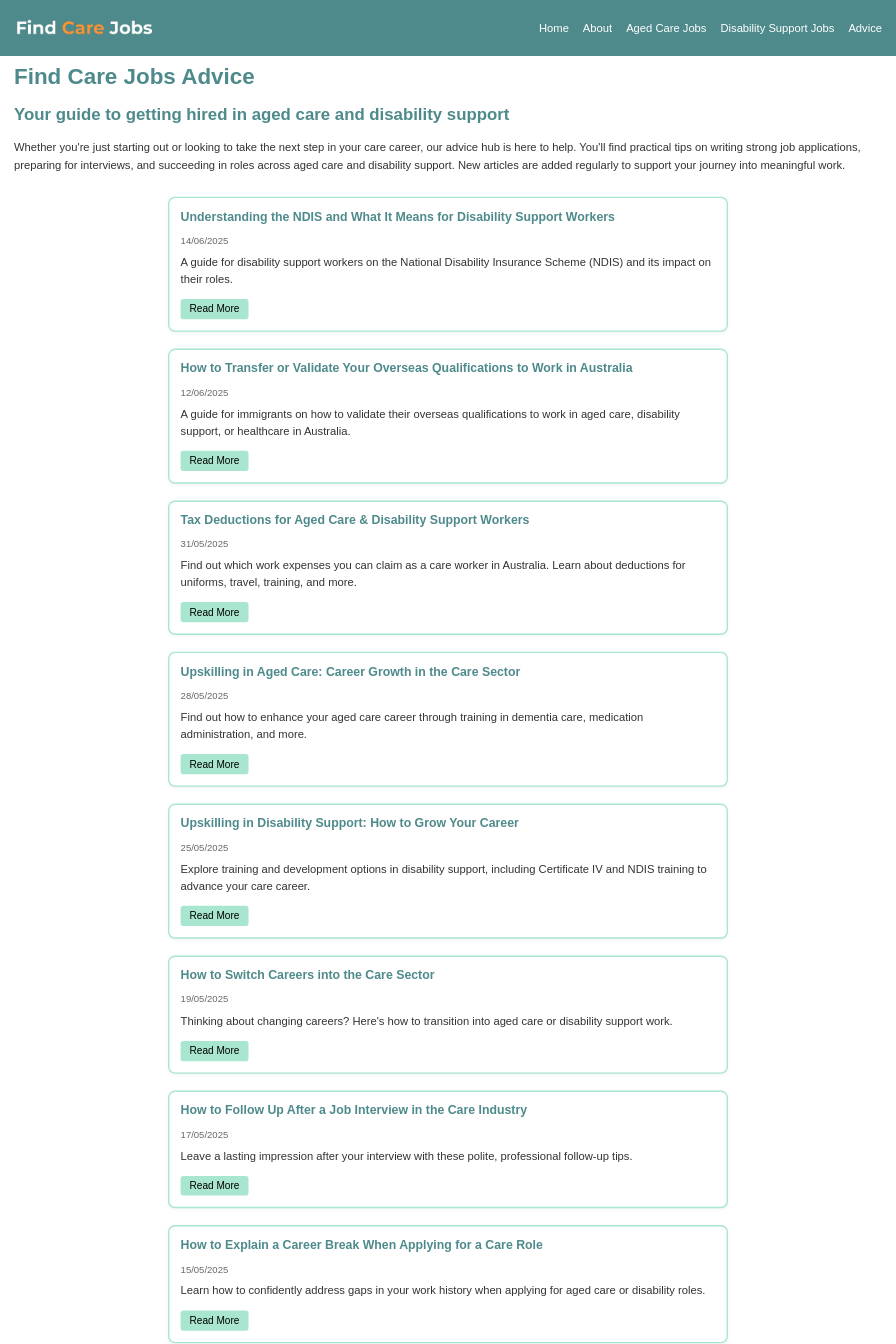
Repository: RichardCareJobs/find-care-jobs
Page: advice.html
An editor plug-in stored every save of this project. The page is shown before and after the next save, followed by the edit.
The browser window is 1280 px wide. The pictures show the part of the page from y = 0 to 1920 px (the page is 3404 px tall before and 3455 px after), at 70% of full size.

Above is the page before, as saved 2025-06-14 17:47:53.

### advice.html
<!DOCTYPE html>
<html lang="en">
<head>
    <!-- Google Tag Manager -->
<script>(function(w,d,s,l,i){w[l]=w[l]||[];w[l].push({'gtm.start':
    new Date().getTime(),event:'gtm.js'});var f=d.getElementsByTagName(s)[0],
    j=d.createElement(s),dl=l!='dataLayer'?'&l='+l:'';j.async=true;j.src=
    'https://www.googletagmanager.com/gtm.js?id='+i+dl;f.parentNode.insertBefore(j,f);
    })(window,document,'script','dataLayer','GTM-5VNSJFMC');</script>
    <!-- End Google Tag Manager -->

  <meta charset="UTF-8">
   <meta name="viewport" content="width=device-width, initial-scale=1.0" />
  <title>Find Care Jobs Advice</title>
   <link rel="stylesheet" href="styles.css" />
</head>
<body>
    <!-- Google Tag Manager (noscript) -->
<noscript><iframe src="https://www.googletagmanager.com/ns.html?id=GTM-5VNSJFMC"
    height="0" width="0" style="display:none;visibility:hidden"></iframe></noscript>
    <!-- End Google Tag Manager (noscript) -->
 <header>
      <div id="global-header"></div>
      </header>

  <main class="content">
    <div class="intro-container">
    <h1>Find Care Jobs Advice</h1>
<h2>Your guide to getting hired in aged care and disability support</h2>
<p>
  Whether you're just starting out or looking to take the next step in your care career, our advice hub is here to help.
  You'll find practical tips on writing strong job applications, preparing for interviews, and succeeding in roles across aged care and disability support.
  New articles are added regularly to support your journey into meaningful work.
</p>
</div>

    <div class="advice-wrapper">
    <div id="advice-container" class="advice-listing"></div>
  </div>
  </main>

  <div id="global-footer"></div>

  <script src="js/advice.js"></script>

<script>
  // Load global header and footer
  fetch('header.html')
    .then(res => res.text())
    .then(data => document.getElementById('global-header').innerHTML = data);

  fetch('footer.html')
    .then(res => res.text())
    .then(data => document.getElementById('global-footer').innerHTML = data);
</script>


</body>
</html>

### styles.css
body {
    background-color: #ffffff; /* Warm Sand background for the whole page */
    font-family: Arial, sans-serif; /* Set a clean font */
    margin: 0;
    padding: 20px; /* Optional: adds padding to the content */
    color: #333; /* Dark text color for good contrast */
}



.hero-overlay h1,
.hero-overlay h2,
.hero-overlay h3,
.hero-overlay p,
.hero-overlay a {
  color: #fff;
}

/* ——— Header override to match Home page ——— */
header.header-container {
    position: fixed;
    top: 0; left: 0; width: 100vw;
    height: 80px;                 /* ↑ bigger bar like Home */
    padding: 10px 40px;           /* ↑ vertical + horizontal spacing */
    background-color: var(--primary-color);
    display: flex;
    align-items: center;
    justify-content: space-between;
    z-index: 1000;
    box-sizing: border-box;
  }

  /* Logo link must be white, not teal */
  .header-container .logo a {
    color: #fff;
    text-decoration: none;
    font-size: 1.2rem;
    font-weight: bold;
  }

  .logo {
  display: flex;
  align-items: center;
}
.logo a {
  display: inline-block;
}


  /* Nav links stay white on teal */
  .header-container .nav-links a {
    color: #fff;
  }

  .header-container .nav-links a:hover {
    color: var(--accent-color);
  }


/* New unified header container */
.header-container {
    display: flex;
    justify-content: space-between; /* Logo on left, nav/hamburger on right */
    align-items: center;
    padding: 0 20px;
    height: 80px; /* Adjust height as needed */
    background-color: #4E8A8B; /* Muted Teal for the header background */
    box-sizing: border-box;
    position: fixed; /* Keep header visible on scroll */
    top: 0;
    left: 0;
    width: 100%;
    z-index: 1000;
  }

  /* Logo styling (placeholder) */
  .logo {
    color: #fff;
    font-size: 1.2rem;
    font-weight: bold;
  }

  /* Desktop navigation links */
  .nav-links {
    display: flex;
    gap: 20px;
  }

  .nav-links a {
    color: #fff;
    text-decoration: none;
    font-size: 16px;
  }

  .nav-links a:hover {
    color: #FF6F61; /* Soft Coral on hover */
  }

  /* Hamburger menu icon – hidden on desktop */
.hamburger-menu {
  display: none;
  color: #fff;
  font-size: 28px;
  cursor: pointer;
  z-index: 10001; /* Ensure it's clickable above menu */
}

/* Mobile navigation menu – hidden by default */
.mobile-nav {
  display: none;
  flex-direction: column;
  background-color: #4E8A8B;
  position: fixed;
  top: 80px; /* Height of fixed header */
  left: 0;
  width: 100%;
  padding: 10px 0;
  box-sizing: border-box;
  z-index: 10000; /* Just below hamburger but above rest of page */
}

/* Show mobile menu when .active is applied */
.mobile-nav.active {
  display: flex !important;
}

/* Style for mobile nav links */
.mobile-nav a {
  color: #fff;
  padding: 12px 20px;
  text-decoration: none;
  border-bottom: 1px solid #fff;
  font-size: 16px;
}

/* Media query: On screens 768px and below */
@media (max-width: 768px) {
  .nav-links {
    display: none;
  }

  .hamburger-menu {
    display: block;
  }
}

.job-cards {
  max-width: 600px;
  width: 100%;
  box-sizing: border-box;
  margin: 0 auto 16px;
}



  /* For tablets and smaller screens */
@media (max-width: 768px) {
    /* Adjust font sizes, layout, etc. for tablet screens */
  }

  /* For mobile devices */
  @media (max-width: 480px) {
    /* Further adjustments for mobile screens */
  }

  @media (max-width: 768px) {
    .hero .search-bar {
      flex-direction: column;
      align-items: center;
      width: 100%;
    gap: 10px;
    }

    .hero .search-bar input[type="text"],
    .hero .search-bar button {
      width: 100%;
      max-width: 220px;
    }

    .hero .search-bar button {
      margin-top: 10px;
    }
  }


  /* Hero Section: set the background image, size, and positioning */
.hero {
    position: relative;
    background-image: url('images/fcj-hero-v1.png'); /* Replace with your image path */
    background-size: cover;
    background-position: center;
    height: 500px; /* Adjust height as needed */
    width: 100vw;  /* Use viewport width */
  margin-left: calc(-50vw + 50%);  /* Shift left to counteract body padding */
  color: #fff; /* This makes all text white */
    display: flex;
    align-items: center;
    justify-content: center;
  }

  /* Overlay for darkening the background and centering text */
  .hero-overlay {
    background: rgba(0, 0, 0, 0.5); /* Semi-transparent overlay for readability */
    width: 100%;
    height: 100%;
    display: flex;
    flex-direction: column;
    align-items: center;
    justify-content: center;
    color: #fff;
    text-align: center;
    padding: 0px;
    box-sizing: border-box;
  }

  /* Adjust the search bar for the hero section */
  .hero .search-bar {
    margin-top: 20px;
    display: flex;
    gap: 10px;
    justify-content: center;
  }

  .hero .search-bar input[type="text"] {
    padding: 10px;
    border-radius: 8px;
    border: none; /* Remove border for a cleaner look */
    font-size: 16px;
    width: 200px;
    max-width: 300px;
  }

  .hero .search-bar button {
    padding: 10px 20px;
    border-radius: 8px;
    background-color: var(--accent-color); /* Using your accent color variable */
    border: none;
    color: #fff;
    font-size: 16px;
    cursor: pointer;
  }

  .hero .search-bar button:hover {
    background-color: #FF6F61; /* Soft Coral on hover */
  }


/* Navigation menu styles */
header nav {
    display: flex;
    gap: 20px; /* Space between links */
}

header nav a {
    color: #fff; /* White color for the links */
    text-decoration: none;
    font-size: 16px;
}

header nav a:hover {
    color: #FF6F61; /* Soft Coral on hover */
}

/* Center the h1 title */
.header-middle h1 {
    font-size: 24px;
    color: #4E8A8B; /* Muted Teal for the title */
    margin: 0;
}

/* Search bar container styles */
.search-bar {
    display: flex;
    gap: 10px;
    justify-content: center; /* Center the search inputs and button */
    margin-top: 20px;
}

/* Styling for the search input fields */
.search-bar input[type="text"] {
    padding: 10px;
    border-radius: 8px; /* Rounded corners */
    border: 2px solid #A8E6CF; /* Light Mint border */
    font-size: 16px;
    width: 200px; /* Set a width for the input fields */
    max-width: 300px; /* Maximum width for better responsiveness */
}

.search-bar input[type="text"]:focus {
    outline: none;
    border-color: #FF6F61; /* Soft Coral border on focus */
}

/* Styling for the search button */
.search-bar button {
    padding: 10px 20px;
    border-radius: 8px; /* Rounded corners */
    background-color: #A8E6CF; /* Light Mint background */
    border: 2px solid #A8E6CF; /* Light Mint border */
    color: #fff;
    font-size: 16px;
    cursor: pointer; /* Pointer cursor on hover */
}

/* Button hover effect */
.search-bar button:hover {
    background-color: #FF6F61; /* Soft Coral on hover */
    border-color: #FF6F61; /* Change the border color on hover */
}


/* Job count text styling */
#job-count {
    text-align: center;
    font-size: 18px;
    color: #fff; /* Muted Teal color for consistency with the design */
    margin-top: 20px;
    font-weight: bold;
}

/* General styling for the filter section */
.filter-section {
    margin-bottom: 20px;
    display: flex;
    align-items: center;
    gap: 10px;
    font-family: 'Arial', sans-serif;
    font-size: 14px;
    color: #424242;
}

/* Style for the label */
.filter-section label {
    font-weight: bold;
    margin-right: 5px;
}

/* General styling for the filter section */
.filter-section {
    margin-top: 20px; /* Adds space between search and filter */
    font-family: 'Arial', sans-serif; /* Match font with the rest of the site */
    font-size: 16px; /* Adjust font size for better readability */
    color: #4E8A8B; /* Match the color with the rest of the site */
    display: flex; /* Use flexbox for horizontal alignment */
    justify-content: center; /* Center-align within the container */
    align-items: center; /* Align label and dropdown vertically */
    gap: 10px; /* Space between the label and dropdown */
}

/* Style for the dropdown */
.filter-section select {
    padding: 8px 12px;
    border: 1px solid #ccc;
    border-radius: 4px;
    background-color: #fff;
    font-size: 14px;
    color: #333; /* Match font color with the rest */
    cursor: pointer;
    transition: border-color 0.3s ease;
    width: 200px; /* Set a consistent width for the dropdown */
}

.filter-section select:hover {
    border-color: #0088d2; /* Match primary color */
}

.filter-section select:focus {
    outline: none;
    border-color: #fa9335; /* Match secondary color */
}

/* Label styling */
.filter-section label {
    font-weight: bold;
    margin-bottom: 0; /* Remove extra margin for better alignment */
}




/* Job listings container space */
.job-listings-container {
    margin: 0 auto;
    max-width: 1200px; /* or whatever width you prefer */
    padding: 20px;
    box-sizing: border-box;
  }




/* Job listings container to center the job cards */
.job-listings-container {
    display: flex;
    flex-direction: column;
    align-items: center; /* Center the job cards horizontally */
    gap: 20px; /* Add space between each job card */
    width: 100%;
}

/* Job card styles */
.job-cards {
    background-color: #fff;
    padding: 20px;
    border-radius: 8px;
    border: 2px solid #A8E6CF; /* Light Mint border around the job cards */
    box-shadow: 0 2px 5px rgba(0, 0, 0, 0.1);
    text-align: left; /* left align the text inside the job card */
    width: 100%; /* Ensure the job card takes up full width */
    max-width: 600px; /* Optional: set a max-width for better layout */
    margin: 0; /* Remove margin from individual cards */
}

/* Styling for the "Read More" buttons */
.job-cards .read-more {
    padding: 10px 20px;
    border-radius: 0px; /* Rounded corners */
    background-color: #A8E6CF; /* Light Mint background */
    border: 2px solid #A8E6CF; /* Light Mint border */
    color: #fff;
    font-size: 16px;
    cursor: pointer; /* Pointer cursor on hover */
    text-align: center; /* Center the text inside the button */
    display: inline-block; /* Ensure the button has correct inline behavior */
    margin-top: 10px; /* Add some space above the button */
}

/* Hover effect for the "Read More" button */
.job-cards .read-more:hover {
    background-color: #FF6F61; /* Soft Coral on hover */
    border-color: #FF6F61; /* Change the border color on hover */
}

/* Streamline job cards */
.job-listings-container {
    gap: 10px;              /* was 20px – bring cards closer together */
  }

  .job-cards {
    padding: 12px;          /* was 20px – less “air” inside each card */
    border-radius: 0px;     /* optional: slightly tighter corners */
  }

  .job-cards h3 {
    margin-top: 8px;        /* was 1rem – bring title closer to top badge/logo */
    margin-bottom: 8px;     /* was default – tighten space before body text */
  }

  .job-cards p {
    margin-bottom: 5px;     /* was 1em – less space under each paragraph */
  }

  .job-cards .read-more {
    padding: 6px 12px;      /* was 10px 20px – smaller button */
    font-size: 0.9rem;      /* slightly smaller text */
    margin-top: 8px;        /* was 10px – reduce gap above button */
  }



/* Base styles for sponsored jobs */
.job-cards.sponsored {
    border: 3px solid #FF6F61; /* Thicker border for sponsored jobs */
    padding: 20px; /* Add more padding to create space */
    background-color: #F5F5F5; /* Light background for sponsored jobs */
    position: relative;
    margin: 0 auto 16px; /* Add some space between job cards */
}

/* Employer logo positioning (top right) */
.job-cards.sponsored .employer-logo {
    position: absolute;
    top: 15px; /* Adjusted to move the logo further down */
    right: 15px; /* Adjusted to move the logo further to the right */
    width: 70px; /* Increased size of the logo */
    height: auto;
}

/* Title adjustment if logo is displayed */
.job-cards.sponsored h3 {
    margin-top: 30px; /* Increased space between badge and job title */
    margin-right: 90px; /* Adjust header text position if logo is displayed */
}

/* Sponsored job categories */
.job-cards.sponsored.top-job {
    border-color: #2196F3; /* Top Job with coral border */
}

.job-cards.sponsored.featured-job {
    border-color: #FFC107; /* Featured Job with gold border */
}

.job-cards.sponsored.urgent-job {
    border-color: #F44336; /* Urgent Job with orange-red border */
}

.job-cards.sponsored.popular-job {
    border-color: #4CAF50; /* Popular Job with lime green border */
}


.job-cards.sponsored .badge {
  position: relative;
  top: 10px;
  left: 10px;

  /* allow text to show */
  display: inline-block;
  padding: 4px 8px;
  min-width: 40px;
  height: auto;      /* remove the fixed height */
  background-color: #FF6F61; /* Soft Coral for badge background */
  color: #fff;
  font-size: 0.75rem;
  border-radius: 3px;
  text-transform: uppercase;
  white-space: nowrap;
}

/* category-specific overrides */
.job-cards.sponsored.top-job .badge       { background: #FF6F61; }
.job-cards.sponsored.featured-job .badge { background: #FFD700; }
.job-cards.sponsored.urgent-job .badge   { background: #E60000; }
.job-cards.sponsored.popular-job .badge  { background: #00B300; }


/* Styling for the badge */
.job-cards.sponsored.top-job .badge {
    background-color: #2196F3; /* Top Job Badge */
}

.job-cards.sponsored.featured-job .badge {
    background-color: #FFC107; /* Featured Job Badge */
}

.job-cards.sponsored.urgent-job .badge {
    background-color: #F44336; /* Urgent Job Badge */
}

.job-cards.sponsored.popular-job .badge {
    background-color: #4CAF50; /* Popular Job Badge */
}


.global-footer {
    background-color: #4E8A8B; /* Footer color */
    color: white;
    padding: 20px;
    text-align: center;
    width: 100vw; /* Viewport width */
    position: relative; /* Ensure it stays within normal document flow */
    left: 50%; /* Offset for centering */
    transform: translateX(-50%); /* Center align the footer */
    box-sizing: border-box; /* Include padding within width */
    margin: 0; /* Remove any margin */
}




.global-footer nav {
    display: flex;
    justify-content: center;
    gap: 20px; /* Space between footer links */
}

.global-footer a {
    color: white;
    text-decoration: none;
    font-size: 16px;
}

.global-footer a:hover {
    color: #FF6F61; /* Soft Coral on hover, matching header link styling */
}



.page-content {
    display: flex;
    align-items: flex-start; /* Align items to the top */
    gap: 20px; /* Space between image and text */
}

.image-placeholder {
    flex: 0 0 300px; /* Fixed width for the image container */
    margin-bottom: 1rem;
}

img {
  max-width: 100%;
  height: auto;
  display: block;
}


.text-content {
    flex: 1; /* Take remaining space */
    max-width: 600px; /* Limit text width for readability */
}



/* Root-level variables for colors, fonts, and font sizes */
:root {
    --primary-color: #4E8A8B;
    --accent-color: #FF6F61;
    --text-color: #333333;
    --background-color: #F1E2C6;
    --font-family: Arial, sans-serif;
    --font-size-h1: 32px; /* You can adjust this size as needed */
    --font-size-large: 24px;
    --font-size-base: 16px;
    --font-size-small: 14px;
}

header.header-container {
    position: fixed;
    top: 0;
    left: 0;
    width: 100vw;             /* span the entire viewport */
    height: var(--header-height);
    background-color: var(--primary-color);
    display: flex;
    align-items: center;
    justify-content: space-between;
    padding: 0 20px;          /* no vertical padding, just left/right */
    z-index: 1000;
    box-sizing: border-box;
  }


/* Apply global font and color styles */
html {
    margin: 0;
    padding: 0;
    box-sizing: border-box;
}

body {
    margin: 0;
    padding: 20px;
    font-family: var(--font-family);
    font-size: var(--font-size-base);
    color: var(--text-color);
}


/* Heading styles */
h1 {
    font-size: var(--font-size-h1);
    color: var(--primary-color);
    font-weight: bold;
}

h2 {
    font-size: 1.5em; /* This will scale with base font size */
    color: var(--primary-color);
    font-weight: bold;
}


h3, h4, h5, h6 {
    color: var(--primary-color);
}

/* Paragraph and link styles */
p {
    font-size: var(--font-size-base);
    line-height: 1.6;
    margin: 0 0 1em;
}

a {
    color: var(--primary-color);
    text-decoration: none;
}

a:hover {
    color: var(--accent-color);
    text-decoration: underline;
}

/* Button styling */
button {
    font-size: var(--font-size-base);
    color: #fff;
    background-color: var(--primary-color);
    border: none;
    padding: 10px 20px;
    border-radius: 5px;
    cursor: pointer;
}

button:hover {
    background-color: var(--accent-color);
}

/* ——— General See-All button styling ——— */
.see-all-button {
  display: inline-block;
  padding: 0.6rem 1.2rem;
  background-color: #0088d2;    /* or your brand primary */
  color: #fff;
  border: none;
  border-radius: 4px;
  font-size: 1rem;
  cursor: pointer;
  text-align: center;
  margin: 1rem 0;
}

/* ——— Center & Span full width on just those sector pages ——— */
body[data-sector="Aged Care"]   #job-listings .see-all-button,
body[data-sector="Disability Support"] #job-listings .see-all-button {
  grid-column: 1 / -1;      /* span both columns */
  justify-self: center;     /* then center within that span */
}



/* ——— Sector Page 2×2 Grid for Top 4 Sponsored Jobs ——— */
body[data-sector="Aged Care"] #job-listings,
body[data-sector="Disability Support"] #job-listings {
  display: grid;
  grid-template-columns: repeat(2, 1fr);
  grid-auto-rows: auto;
  gap: 1rem;
}

body[data-sector="Aged Care"] #job-listings .see-all-link,
body[data-sector="Disability Support"] #job-listings .see-all-link {
  grid-column: 1 / -1;
  text-align: center;
  margin-top: 1rem;
  font-weight: bold;
}

.advice-listing {
  display: flex;
  flex-direction: column;
  gap: 1.5rem;
  padding: 1rem 0;
}

.advice-card {
  background-color: #ffffff;
  border: 2px solid #A8E6CF; /* Match your job card style */
  border-radius: 10px;
  padding: 1rem;
  box-shadow: 0 2px 6px rgba(0, 0, 0, 0.05);
}

.advice-card h2 {
  margin-top: 0;
  font-size: 1.1rem;
}

.advice-date {
  font-size: 0.85rem;
  color: #666;
  margin-bottom: 0.5rem;
}

.advice-card p {
  margin-bottom: 0.5rem;
  line-height: 1.5;
}

.advice-card .read-more {
  display: inline-block;
  margin-top: 0.5rem;
  background-color: #A8E6CF;
  color: #000;
  padding: 0.4rem 0.8rem;
  font-size: 0.9rem;
  border-radius: 4px;
  text-decoration: none;
}

.advice-card .read-more:hover {
  background-color: #7bd1b9;
}


main.content {
  padding-top: 50px; /* or adjust based on header height */
}

main {
  padding-top: 50px; /* Matches or exceeds header height */
}

.advice-wrapper {
  max-width: 800px;
  margin: 0 auto;
  padding: 0 1rem; /* keeps it clean on mobile */
}

.content-container {
  display: flex;
  flex-wrap: wrap;
  gap: 20px;
}

/* Mobile default: stack */
.image-column,
.text-column {
  flex: 1 1 100%;
}

/* Desktop: image left, text right */
@media (min-width: 768px) {
  .image-column {
    flex: 0 0 400px;  /* fixed width for image column */
  }

  .text-column {
    flex: 1;
  }

  .content-container {
    align-items: flex-start;
  }
}


.image-column,
.text-column {
  flex: 1 1 100%;
}

@media (min-width: 768px) {
  .image-column,
  .text-column {
    flex: 1 1 50%;
  }
}

.content-container {
  padding: 16px;
}

.text-column p {
  margin-bottom: 1em;
}

h1 {
  font-size: var(--font-size-h1); /* Already defined as 32px */
}
h2 {
  font-size: 1.5rem;
}


@media (max-width: 480px) {
  h1 {
    font-size: 1.5rem;
  }
  h2 {
    font-size: 1.2rem;
  }
}

@media (max-width: 768px) {
  .image-column {
    margin-bottom: 1rem;
  }

  .content-container {
    flex-direction: column;
    padding: 12px;
  }
}

@media (max-width: 768px) {
  body[data-sector="Aged Care"] #job-listings,
  body[data-sector="Disability Support"] #job-listings {
    padding: 0 12px; /* Adds spacing around cards */
    grid-template-columns: 1fr;
  }
}

body[data-sector="Aged Care"] #job-listings .job-cards,
body[data-sector="Disability Support"] #job-listings .job-cards {
  max-width: 600px;
  width: 100%;
  margin: 0 auto 16px;  /* Add bottom spacing between cards */
  box-sizing: border-box;
}

@media (min-width: 768px) {
  .image-placeholder img {
    max-width: 100%;
    width: 100%;
    height: auto;
  }

  .image-column {
    max-width: 400px; /* Set a max width */
    flex: 1 1 40%;     /* Optional: reduce width ratio on desktop */
  }

  .text-column {
    flex: 1 1 60%;
  }
}

/* Ensure headings span full width */
.full-width-heading {
  width: 100%;
  margin-bottom: 1.5rem;
}

/* Side-by-side image and copy container */
.two-column-section {
  display: flex;
  flex-wrap: wrap;
  gap: 20px;
  align-items: flex-start;
}

/* Image on left, text on right (desktop) */
.image-column {
  flex: 0 0 400px;
}

.text-column {
  flex: 1;
}

/* Stack layout for mobile */
@media (max-width: 768px) {
  .two-column-section {
    flex-direction: column;
  }

  .image-column,
  .text-column {
    flex: 1 1 100%;
  }
}

.blog-container {
  max-width: 700px;
  margin: 0 auto;
  padding: 0 16px;
}

Loaded but not shown: advice-posts.json (93 lines, source omitted); js/advice.js (27 lines, source omitted); header.html (45 lines, source omitted); footer.html (8 lines, source omitted)

After the next save:
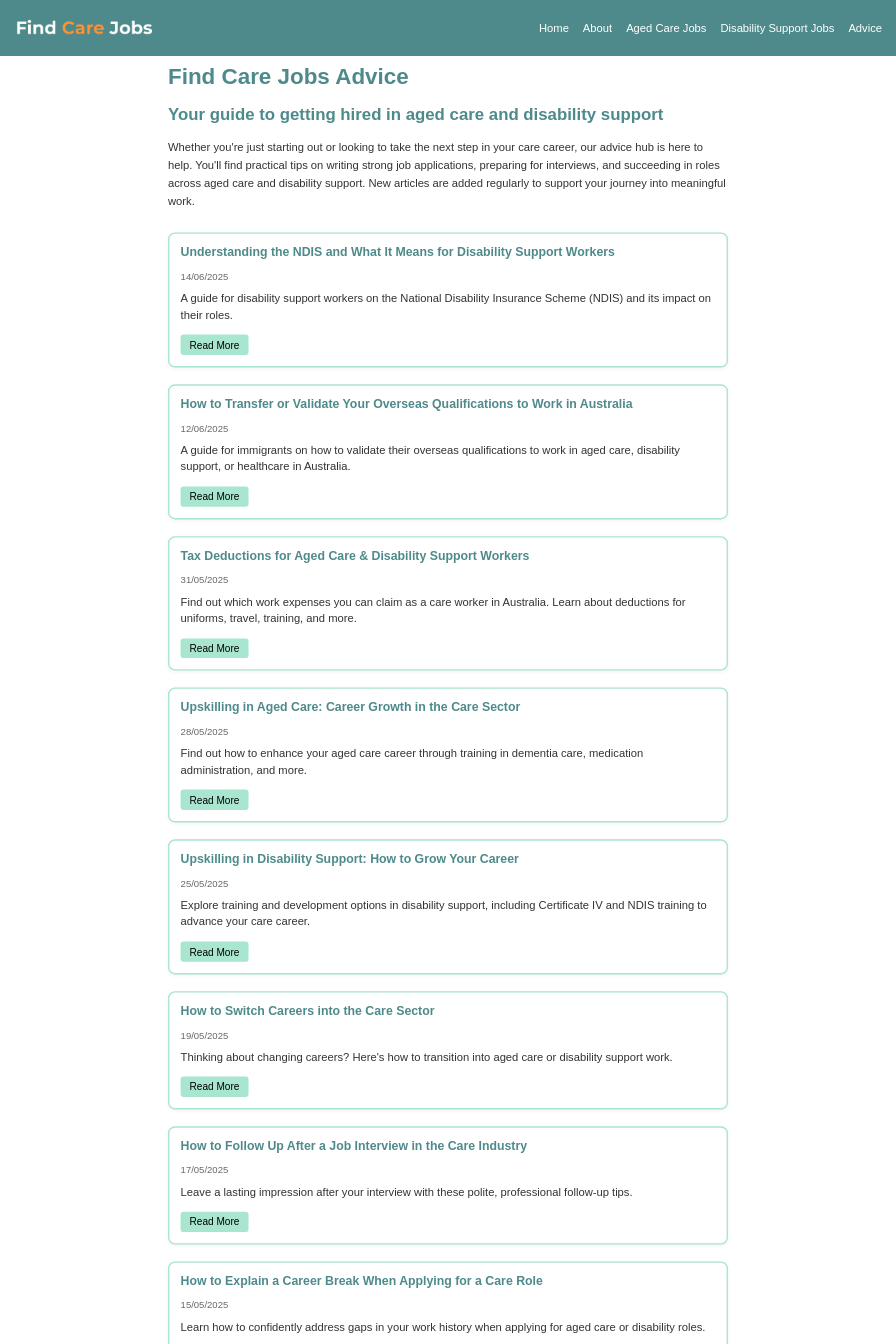
Saved 43 s later.
--- a/styles.css
+++ b/styles.css
@@ -947,3 +947,9 @@ body[data-sector="Disability Support"] #job-listings .job-cards {
   margin: 0 auto;
   padding: 0 16px;
 }
+
+.intro-container {
+  max-width: 800px;
+  margin: 0 auto;
+  padding: 0 1rem;
+}
